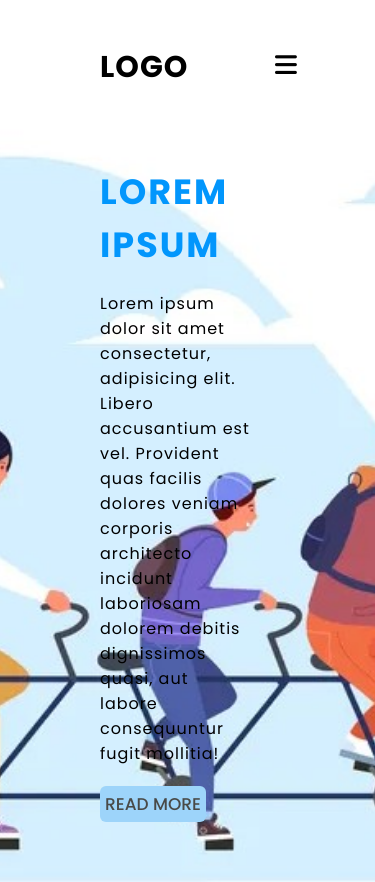
Repository: nganha241/1806
Page: index.html
The author's editor kept a copy of each file at every save. The page is drawn from the files as they stood at one save, then again after a run of saves.
The browser window is 375 px wide. The pictures show the whole page.
Some web libraries are served in a nearby version.

Above is the page before, as saved 2022-06-18 16:45:38.

### index.html
<!DOCTYPE html>
<html lang="en">
  <head>
    <meta charset="UTF-8" />
    <meta http-equiv="X-UA-Compatible" content="IE=edge" />
    <meta name="viewport" content="width=device-width, initial-scale=1.0" />
    <title>Document</title>
    <link rel="stylesheet" href="style.css" />
    <script
      src="https://kit.fontawesome.com/ae971d7ee0.js"
      crossorigin="anonymous"
    ></script>
  </head>
  <body>
    <section>
      <input type="checkbox" id="check" />
      <header>
        <div class="logo">
          <h2>Logo</h2>
        </div>

        <div class="navigation">
          <a href="#">Home</a>
          <a href="#">News</a>
          <a href="#">Contact</a>
          <a href="#">About us</a>
        </div>
        <label for="check">
          <i class="fas fa-bars menu-btn"></i>
          <i class="fa fa-times close-btn"></i>
        </label>
      </header>
      <div class="content">
        <h1 class="title">LOREM IPSUM</h1>
        <p class="text">
          Lorem ipsum dolor sit amet consectetur, adipisicing elit. Libero
          accusantium est vel. Provident quas facilis dolores veniam corporis
          architecto incidunt laboriosam dolorem debitis dignissimos quasi, aut
          labore consequuntur fugit mollitia!
        </p>
        <button class="btn-more">READ MORE</button>
      </div>
    </section>
  </body>
</html>

### style.css
@import url('https://fonts.googleapis.com/css2?family=Poppins:wght@300;400;500;600;700;800;900&display=swap');

* {
    box-sizing: border-box;
    padding: 0;
    margin: 0;
    font-family: 'Poppins', sans-serif;
}

a {
    text-decoration: none;
}

section {
    width: 100%;
    min-height: 100vh;
    display: flex;
    flex-direction: column;
    justify-content: flex-start;
    background: url('./bg.jpg');
    background-size: cover;
    background-position: center;
}

section header {
    position: relative;
    top: 0;
    width: 100%;
    padding: 30px 100px;
    display: flex;
    justify-content: space-between;
    align-items: center;
}

.logo {
    position: relative;
    font-size: 28px;
    letter-spacing: 1px;
    cursor: pointer;
    text-transform: uppercase;
}

.navigation a{
   letter-spacing: 2px;
   background: none;
   padding: 5px 8px;
   text-transform: uppercase;
   font-weight: 500;
   border-radius: 20px;
   color: #111;
   transition: 0.4s;
    transition-property: background;
}

.navigation a:not(:last-child) {
    margin-right: 30px;
}

.navigation a:hover {
    color: #fff;
    background: rgb(102, 167, 252);
    transition: 0.4s;
}

.content {
    margin: 60px 100px;
    width: 40%;
}

.title {
    margin-bottom: 20px;
    text-transform: uppercase;
    font-weight: 700;
    font-size: 55px;
    color: #0296FC;
    letter-spacing: 2px;
}

.text {
    margin-bottom: 20px;
    letter-spacing: 1px;
}

.btn-more {
    background: #9DD4FA;
    border: none;
    border-radius: 6px;
    padding: 5px;
    font-size: 17px;
    cursor: pointer;
    font-weight: 500;
    color: rgb(73, 74, 72);
    transition: 0.4s;
    transition-property: transform;
}

.btn-more:hover {
    transform: scale(1.1);
}

label {
    display: none;
}



#check {
    display: none;
}



@media (max-width: 960px) {
    header .navigation {
        display: none;
    }
    label {
        display: block;
        cursor: pointer;
        font-size: 25px;
    }

    label .close-btn {
        display: none;
    }

    #check:checked ~ header .navigation {
        z-index: 2;
        position: fixed;
        top: 0;
        bottom: 0;
        left: 0;
        right: 0;
        background: rgba(144, 233, 255, 0.9);
        display: flex;
        flex-direction: column;
        justify-content: center;
        align-items: center;
    }

    #check:checked ~ header .navigation a {
        margin-bottom: 50px;
        font-weight: 700;
        align-items: center;
    }

    #check:checked ~ header label .menu-btn {
        display: none;
    }

    #check:checked ~ header label .close-btn {
        z-index: 2;
        display: block;
        position: fixed;
    }

    label .menu-btn {
        position: absolute;
    }

    header .logo {
        /* position: absolute; */
        bottom: -15px;
        font-size: 20px;
    }

    .content .title{
        font-size: 35px;
    }
}

After the next 2 saves:
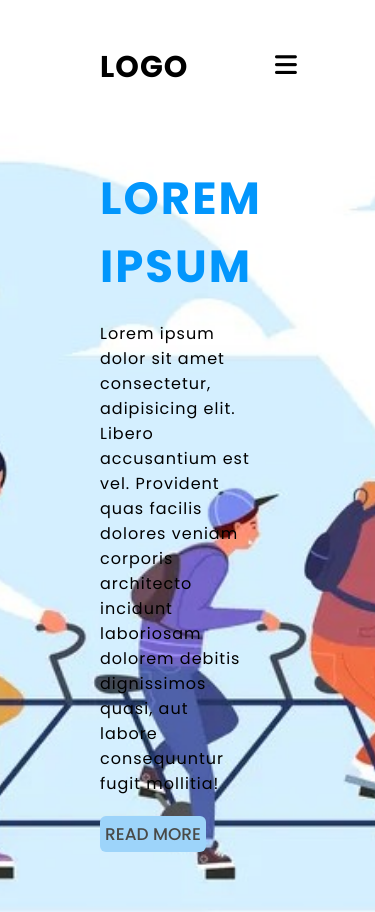
The 2 saves are shown as one change because they came seconds apart.
The last was saved 61 s later.
--- a/style.css
+++ b/style.css
@@ -168,3 +168,9 @@ label {
         font-size: 35px;
     }
 }
+
+@media (max-width: 450px) {
+    .content .title {
+        font-size: 45px;
+    }
+}
